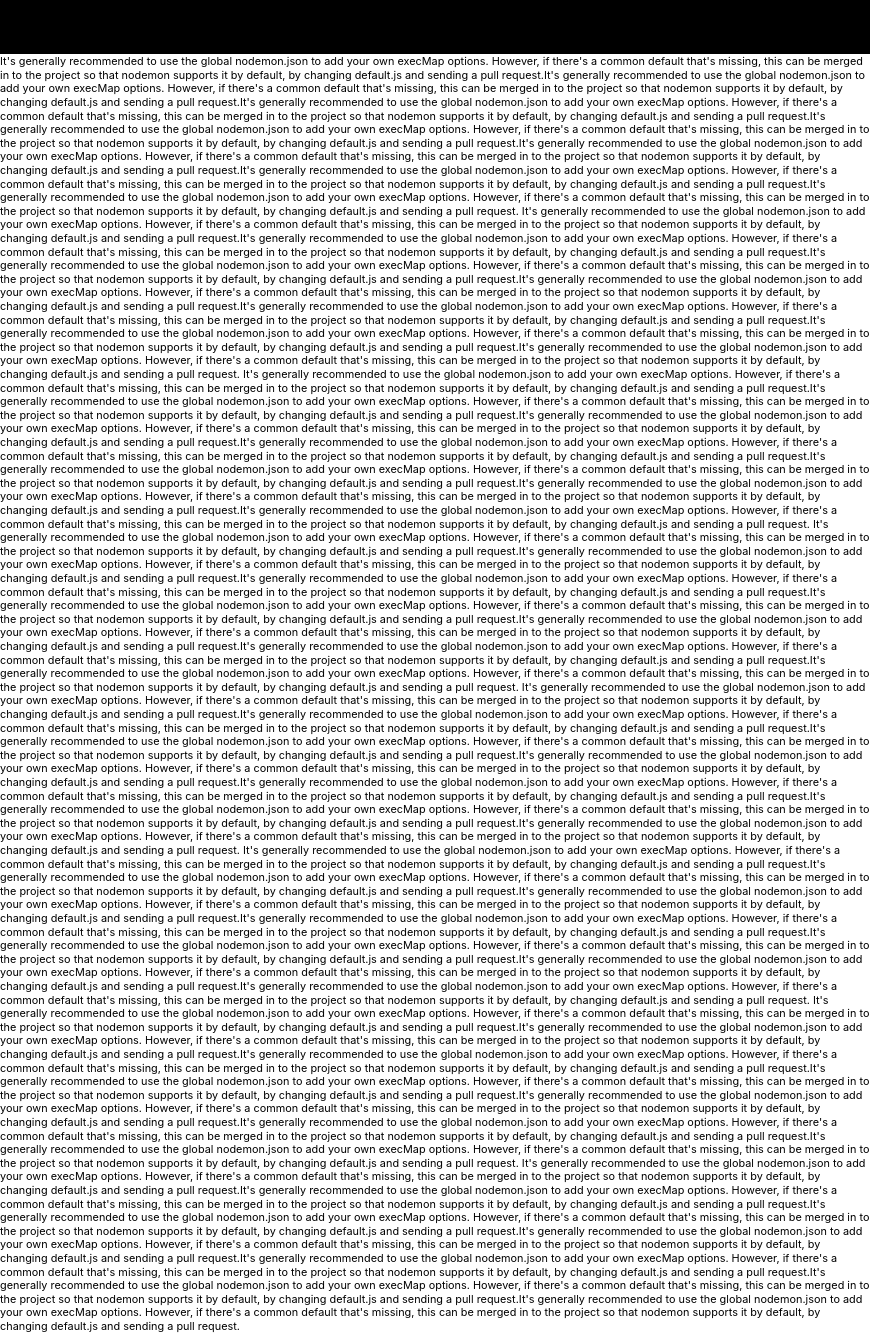
Repository: mr-joshi/Art-Of-House
Page: /
The author's editor kept a copy of each file at every save. The page is drawn from the files as they stood at one save, then again after a run of saves.
The browser window is 1280 px wide. The pictures show the whole page, at 68% of full size.
The project was rebuilt for these pictures with package versions that can differ from the ones it lists, and the page was loaded fresh each time. The framework's server and built-in components were replaced by stand-ins that run in the browser. Also part of the build but not shown: next.config.js.

Above is the page before, as saved 2022-09-25 02:22:52.

### pages/_app.js
import '../styles/globals.css'
import '../components/header/header.scss';


function MyApp({ Component, pageProps }) {
  return <Component {...pageProps} />
}

export default MyApp

### components/header/header.scss
.header_container {
  width: 100%;
  position: sticky;
  top: 0px;
  z-index: 1;
  background-color: black;
}
.header_main {
  padding: 20px;
  width: 100%;
  display: flex;
  justify-content: space-between;
  align-items: center;
}
.header_main_tags {
  width: 40%;
  display: flex;
  justify-content: space-around;
  align-items: center;
}

### components/header/Header.js
import React from 'react'
const Header = () => {
  return (
    <div className='header_container'>
      <div className='header_main'>
        <div className='header_logo'>Logo</div>
        <div className='header_main_tags'>
          <div className='tag_home'>Home</div>
          <div className='tag_animations'>Animations</div>
          <div className='tag_shop'>Shop</div>
          <div className='tag_news'>News</div>
        </div>
        <div className='header_login_tags'>
          <div className='tag_login'>Login</div>
          <div className='tag_signup'>Signup</div>
        </div>
      </div>
    </div>
  )
}

export default Header

Loaded but not shown: pages/index.js (library); styles/globals.css (common file)

After the next 2 saves:
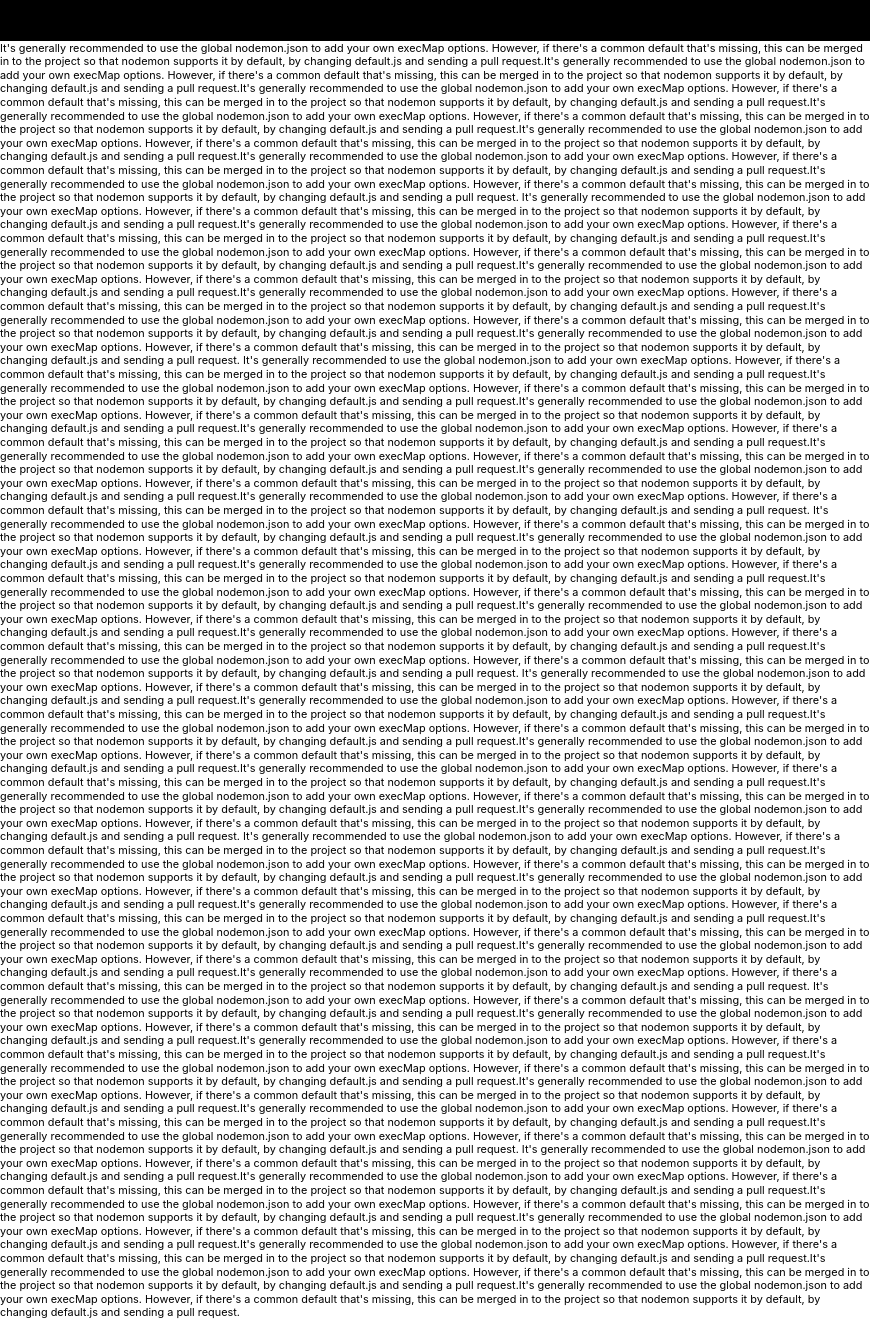
The 2 saves are shown as one change because they came seconds apart.
The last was saved 15 s later.
--- a/components/header/header.scss
+++ b/components/header/header.scss
@@ -18,3 +18,9 @@
   justify-content: space-around;
   align-items: center;
 }
+.header_login_tags{
+  display: flex;
+  justify-content: space-around;
+  align-items: center;
+
+}
